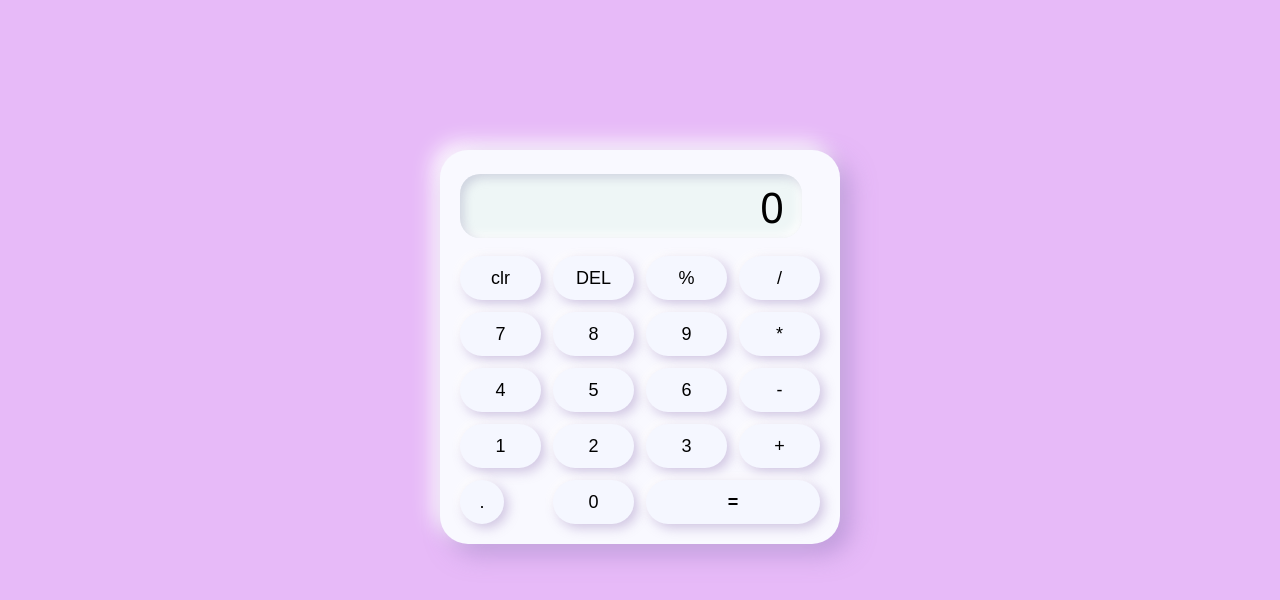
Repository: meti-guda/simple-calculator
Page: index.html
These files come from the project's save history. The page is drawn as it stood at one moment and after the next save; the edit follows.
The browser window is 1280 px wide. The pictures show the whole page.

Above is the page before, as saved 2025-12-11 12:39:51.

### index.html
<!DOCTYPE html>
<html lang="en">
  <head>
    <meta charset="UTF-8" />
    <title>Simple Calculator</title>
    <link rel="stylesheet" href="style.css" />
  </head>
  <body>
    <div class="contianer">
      <div class="calculator">
        <div class="display">
          <div class="expression" id="expression">0</div>
        </div>

        <div class="values">
          <button data-action="clear">clr</button>
          <button data-action="del">DEL</button>
          <button data-value="%">%</button>
          <button data-value="/">/</button>

          <button data-value="7">7</button>
          <button data-value="8">8</button>
          <button data-value="9">9</button>
          <button data-value="*">*</button>

          <button data-value="4">4</button>
          <button data-value="5">5</button>
          <button data-value="6">6</button>
          <button data-value="-">-</button>

          <button data-value="1">1</button>
          <button data-value="2">2</button>
          <button data-value="3">3</button>
          <button data-value="+">+</button>

          <button class="dot" data-value=".">.</button>
          <button data-value="0">0</button>
          <button class="equal" data-action="equals">=</button>
        </div>
      </div>
    </div>

    <script src="index.js"></script>
  </body>
</html>

### style.css
body {
  display: flex;
  align-items: center;
  justify-content: center;
  background-color: #e7baf8;
  font-family: "Segoe UI", system-ui, sans-serif;
  box-sizing: border-box;
  margin-top: 150px;
  padding: 0;
}

.container {
  padding: 16px;
}

.calculator {
  width: 360px;
  padding: 24px 20px 20px;
  border-radius: 28px;
  background-color: #f9f9ff;
  box-shadow: 10px 10px 25px rgba(150, 121, 189, 0.5),
    -8px -8px 20px rgba(255, 255, 255, 0.95);
}

.display {
  width: 85%;
  height: 64px;
  border-radius: 20px;
  background-color: #eef6f6;
  box-shadow: inset 4px 4px 10px rgba(161, 161, 190, 0.4),
    inset -4px -4px 10px rgba(255, 255, 255, 0.9);
  display: flex;
  align-items: center;
  justify-content: flex-end;
  padding: 0 18px;
  margin-bottom: 18px;
  overflow: hidden;
}

.expression {
  font-size: 42px;
  color: #000;
  white-space: nowrap;
}

.values {
  display: grid;
  grid-template-columns: repeat(4, 1fr);
  grid-gap: 12px;
}

.values button {
  border: none;
  outline: none;
  height: 44px;
  border-radius: 999px;
  background-color: #f5f7ff;
  box-shadow: 4px 4px 12px rgba(157, 132, 188, 0.45),
    -3px -3px 9px rgba(255, 255, 255, 1);
  color: #000;
  font-size: 18px;
  cursor: pointer;
  transition: transform 0.08s ease, box-shadow 0.08s ease, background 0.1s;
}

.values button:active {
  transform: translateY(1px);
  box-shadow: inset 3px 3px 8px rgba(157, 132, 188, 0.45),
    inset -2px -2px 6px rgba(255, 255, 255, 1);
}
button:hover {
  background-color: #a170af;
  color: white;
}
.dot {
  justify-self: flex-start;
  width: 44px;
}

.equal {
  grid-column: span 2;
  font-weight: 600;
  box-shadow: 4px 4px 12px rgba(160, 100, 150, 0.6),
    -3px -3px 9px rgba(255, 255, 255, 1);
}

.equal:active {
  box-shadow: inset 3px 3px 8px rgba(160, 100, 150, 0.6),
    inset -2px -2px 6px rgba(255, 255, 255, 1);
}

### index.js
class Calculator {
  constructor() {
    this.displayValue = "0";
    this.previousValue = null;
    this.operation = null;
    this.shouldResetDisplay = false;

    // your display div has class="expression"
    this.displayElement = document.querySelector(".expression");

    this.setupEventListeners();
    this.updateDisplay();
  }

  setupEventListeners() {
    // number buttons: have data-value with 0–9 but NO data-action
    document.querySelectorAll(".values button").forEach((btn) => {
      const action = btn.dataset.action;
      const value = btn.dataset.value;

      if (!action && value !== undefined) {
        // treat as number or dot key
        if (value === ".") {
          btn.addEventListener("click", () => this.handleDecimal());
        } else {
          btn.addEventListener("click", () => this.handleNumber(value));
        }
      } else if (action) {
        // action keys
        if (action === "equals") {
          btn.addEventListener("click", () => this.handleEquals());
        } else if (action === "clear") {
          btn.addEventListener("click", () => this.handleClear());
        } else if (action === "del") {
          btn.addEventListener("click", () => this.handleDelete());
        }
      }

      // operator keys have data-value of + - * / %
      if (["+", "-", "*", "/", "%"].includes(value)) {
        btn.addEventListener("click", () => this.handleOperator(value));
      }
    });

    // keyboard support
    document.addEventListener("keydown", (e) => this.handleKeyboard(e));
  }

  handleNumber(num) {
    if (this.shouldResetDisplay) {
      this.displayValue = num;
      this.shouldResetDisplay = false;
    } else {
      this.displayValue =
        this.displayValue === "0" ? num : this.displayValue + num;
    }
    this.updateDisplay();
  }

  handleDecimal() {
    if (this.shouldResetDisplay) {
      this.displayValue = "0.";
      this.shouldResetDisplay = false;
    } else if (!this.displayValue.includes(".")) {
      this.displayValue += ".";
    }
    this.updateDisplay();
  }

  handleOperator(op) {
    const current = parseFloat(this.displayValue);

    if (this.previousValue === null) {
      this.previousValue = current;
    } else if (this.operation) {
      const result = this.calculate(
        this.previousValue,
        current,
        this.operation
      );
      this.displayValue = this.formatResult(result);
      this.previousValue = result;
      this.updateDisplay();
    }

    this.operation = op;
    this.shouldResetDisplay = true;
  }

  handleEquals() {
    if (this.operation === null || this.previousValue === null) {
      return;
    }

    const current = parseFloat(this.displayValue);
    const result = this.calculate(this.previousValue, current, this.operation);
    this.displayValue = this.formatResult(result);
    this.previousValue = null;
    this.operation = null;
    this.shouldResetDisplay = true;
    this.updateDisplay();
  }

  handleClear() {
    this.displayValue = "0";
    this.previousValue = null;
    this.operation = null;
    this.shouldResetDisplay = false;
    this.updateDisplay();
  }

  handleDelete() {
    if (this.displayValue === "0" || this.shouldResetDisplay) {
      return;
    }
    this.displayValue = this.displayValue.slice(0, -1) || "0";
    this.updateDisplay();
  }

  calculate(prev, current, op) {
    switch (op) {
      case "+":
        return prev + current;
      case "-":
        return prev - current;
      case "*":
        return prev * current;
      case "/":
        return current !== 0 ? prev / current : 0;
      case "%":
        return prev % current;
      default:
        return current;
    }
  }

  formatResult(num) {
    return parseFloat(num.toFixed(10)).toString();
  }

  handleKeyboard(e) {
    if (e.key >= "0" && e.key <= "9") this.handleNumber(e.key);
    if (e.key === ".") this.handleDecimal();
    if (["+", "-", "*", "/", "%"].includes(e.key)) {
      e.preventDefault();
      this.handleOperator(e.key);
    }
    if (e.key === "Enter" || e.key === "=") {
      e.preventDefault();
      this.handleEquals();
    }
    if (e.key === "Backspace") {
      e.preventDefault();
      this.handleDelete();
    }
    if (e.key === "Escape") {
      e.preventDefault();
      this.handleClear();
    }
  }

  updateDisplay() {
    this.displayElement.textContent = this.displayValue;
  }
}

// create calculator once DOM is loaded
document.addEventListener("DOMContentLoaded", () => {
  new Calculator();
});

After the next save:
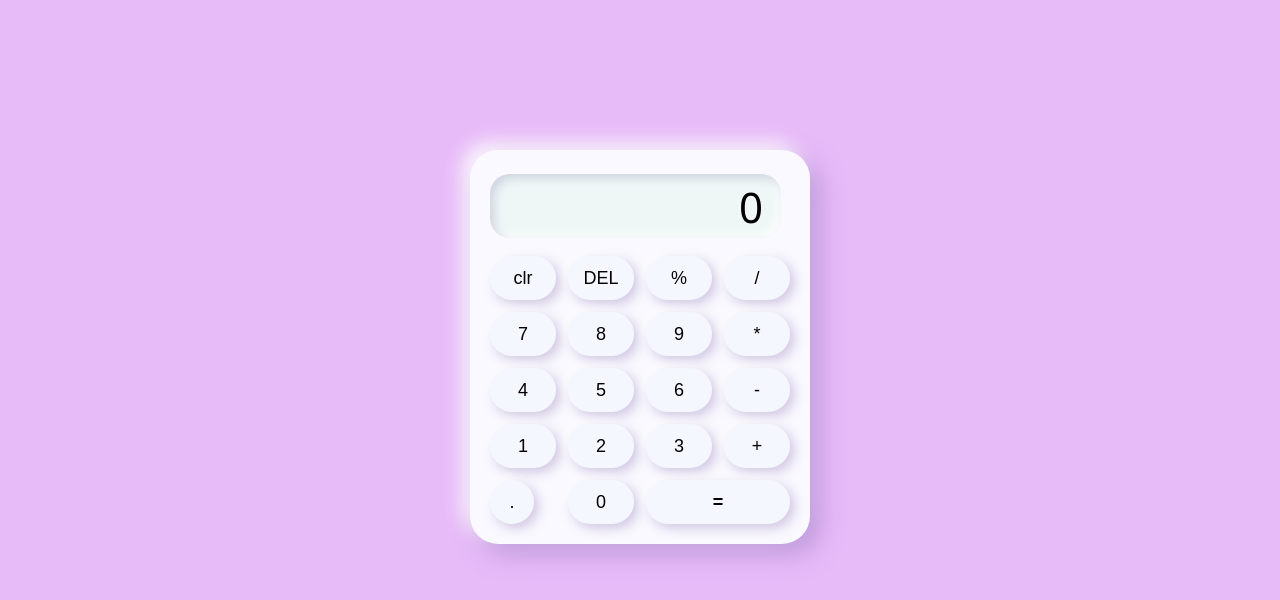
Saved 36 s later.
--- a/style.css
+++ b/style.css
@@ -14,7 +14,7 @@ body {
 }
 
 .calculator {
-  width: 360px;
+  width: 300px;
   padding: 24px 20px 20px;
   border-radius: 28px;
   background-color: #f9f9ff;
